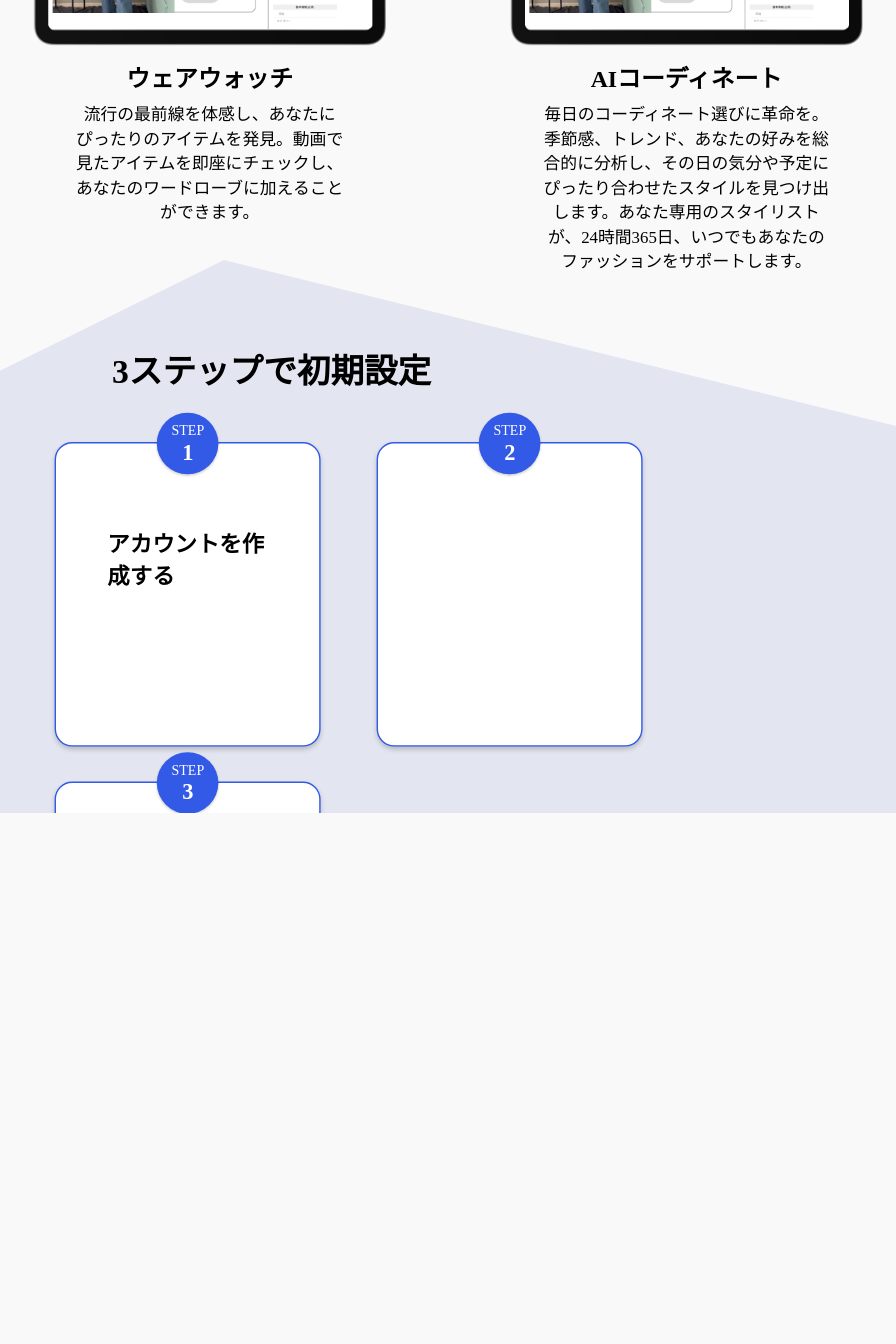
Repository: Yoshiki0418/yahoo.hack
Page: welcome.html
These files come from the project's save history. The page is drawn as it stood at one moment and after the next save; the edit follows.
The browser window is 1280 px wide. The pictures show the part of the page from y = 2801 to 4721 px (the page is 5407 px tall), at 70% of full size.

Above is the page before, as saved 2024-02-09 23:07:24.

### welcome.html
<!DOCTYPE html>
<html lang="ja">
<head>
    <meta charset="UTF-8">
    <meta name="viewport" content="width=device-width, initial-scale=1.0">
    <link rel="stylesheet" type="text/css" href="static/css/welcome.css">
    <title>Document</title>
</head>
<body>
    <hedaer>
        <nav>
            <div class="head_block">
                <li><a><img src="static/image/logo.png" class="logo_pic"></a></li>
                <div class="login-button">
                    <a href="/login">ログイン</a>
                </div>
             </div>
          </nav>
    </hedaer>
    <main>
        <!--スライドショー-->
        <div id="mainimg">
            <div class="slide" style="background-image: url('static/image/image 2.png');"></div>
            <div class="slide" style="background-image: url('static/image/slide_1.webp');"></div>
            <h1>Fashion <br>
                　　starts in the<br>
                　 Cloudrobe.</h1>
            <div class="sinup-button">
                <a href="/sinup">さっそくはじめる</a>
             </div>
        </div>
        <div class="fast_section">
            <p class="point_ja">つながりを紡ぎ、驚きを編む。<br>クリック一つで始まる物語</p>
            <p class="point_en">Weaving connections and weaving surprises.<br>
                A story that starts with a click</p>
            <div class="good_points">
            </div>
            <h2>全てのシチュエーションに完璧な一着</h2>
            <div class="situation_block">
                <div class="pair">
                    <img src="static/image/situation1.png" class="situation_pic">
                    <h4>デート</h4>
                </div>
                <div class="pair">
                    <img src="static/image/situation2.png" class="situation_pic">
                    <h4>ショッピング</h4>
                </div>
                <div class="pair">
                    <img src="static/image/situation3.png" class="situation_pic">
                    <h4>アウトドア</h4>
                </div>
            </div>
        </div>
        <div class="advertisement">
            <div class="block">
                <img src="static/image/adv.png" class="adv_pic">
                <div class="right_block">
                    <h2>  今話題の<br>
                        『骨格スタイル診断』を<br>
                          無料で体験！
                        </h2>
                        <button class="custom-button">あなたの商品をチェック</button>
                </div>
            </div>
        </div>
        <div class="info_section">
            <h2>Cloudrobeの特徴</h2>
            <div class="features">
                <div class="features_block1">
                    <img src="static/image/feature.png" class="feature_pic">
                    <h4>ウェアウォッチ</h4>
                    <p>流行の最前線を体感し、あなたに<br>
                        ぴったりのアイテムを発見。動画で<br>
                        見たアイテムを即座にチェックし、<br>
                        あなたのワードローブに加えること<br>ができます。</p>
                </div>
                <div class="features_block2">
                    <img src="static/image/feature.png" class="feature_pic">
                    <h4>AIコーディネート</h4>
                    <p>毎日のコーディネート選びに革命を。<br>
                        季節感、トレンド、あなたの好みを総<br>
                        合的に分析し、その日の気分や予定に<br>
                        ぴったり合わせたスタイルを見つけ出<br>
                        します。あなた専用のスタイリスト<br>
                        が、24時間365日、いつでもあなたの<br>
                        ファッションをサポートします。</p>
                </div>
            </div>
            <div class="shape">
                <h2>3ステップで初期設定</h2>
                <div class="step_block">
                    <div class="step-container">
                        <div class="step-circle">STEP<h4>1</h4></div>
                        <div class="step-box"></div>
                        <h4>アカウントを作成する</h4>
                    </div>
                    <div class="step-container">
                        <div class="step-circle">STEP<h4>2</h4></div>
                        <div class="step-box"></div>
                    </div>
                    <div class="step-container">
                        <div class="step-circle">STEP<h4>3</h4></div>
                        <div class="step-box"></div>
                    </div>
                </div>
            </div>

        </div>

    </main>
    <script src="script.js"></script>

</body>
</html>

### static/css/welcome.css
* {
    margin: 0;
    padding: 0;
    box-sizing: border-box;
}

/* ナビゲーションのスタイル設定 */
nav {
    width: 100%;
    background-color: #17191C;
    height: 62px;
    display: flex;
    z-index: 10; /* ナビゲーションのz-indexを設定 */
    position: relative; /* z-indexを効果的にするために必要 */
}

.logo_pic {
    margin-top: 5px;
    margin-left: 8px;
    height: 51px;
}

.head_block {
    width: 100%;
    display: flex;
    flex-wrap: wrap;
    position: relative;
}

.mainimg{
    width: 100vw;
    overflow: hidden; /* 横方向の内容がはみ出た場合に非表示にする */
    height: 100%;
}

/* ログインボタンのスタイル */
.login-button a {
    display: inline-block;
    background-color: #000; /* ボタンの背景色 */
    color: white;
    padding: 10px 20px;
    border: 2px solid #fff; /* ボタンの境界線 */
    border-radius: 20px; /* 角の丸み */
    text-decoration: none;
    font-weight: bold;
    z-index: 10; /* ボタンのz-indexを設定 */
}

.login-button a:hover {
    background-color: #555; /* ホバー時の背景色 */
}

.login-button {
    position: absolute;
    right: 10%;
    margin-top: 7px;
    z-index: 10; /* ボタンのz-indexを設定 */
}

#slideshow {
    position: relative;
    max-height: 790px; /* 最大高さを指定 */
    width: 100vw; /* 画面幅全体 */
    overflow-x: hidden; /* 横方向の内容がはみ出た場合に非表示にする */
    z-index: 1; /* スライドショーのz-indexを低く設定 */
}

.slide {
    position: absolute;
    width: 100%;
    height: 100%;
    background-size: cover;
    background-position: center;
    opacity: 0; /* 最初はすべてのスライドを非表示にする */
    transition: opacity 1s; /* 透明度の変化にトランジション効果を追加 */
    animation: zoomOut 10s infinite;
    margin-top: -62px;
}

#mainimg h1 {
    position: absolute;
    font-size: 70px;
    top: 75%;
    left: 15%;
    transform: translate(-50%, -50%);
    z-index: 2; /* スライド上のテキストを前面に表示 */
    color: white; /* テキストの色 */
    text-align: center; /* テキストを中央揃え */
    text-shadow: 2px 2px 4px rgba(4, 4, 4, 4);
}

@keyframes zoomOut {
    0%, 100% {
        transform: scale(1); /* 100%に保つ */
    }
    50% {
        transform: scale(1); /* 100%より大きくしない */
    }
}

.sinup-button a{
    display: inline-block;
    font-size: 20px;
    background-color: #00000000; /* ボタンの背景色 */
    color: white;
    padding: 10px 20px;
    border: 2px solid #fff; /* ボタンの境界線 */
    border-radius: 40px; /* 角の丸み */
    text-decoration: none;
    font-weight: bold;
    z-index: 10; /* ボタンのz-indexを設定 */
}

.sinup-button {
    position: absolute;
    right: 14%;
    top: 80%;
    z-index: 10; /* ボタンのz-indexを設定 */
}

.sinup-button a:hover {
    background-color: #ffffffa4; /* ホバー時の背景色 */
    color: #000;
}

.fast_section{
    width: 100%;
    height: 955px;
    background-color: #202131;
    display: flex;
    flex-wrap: wrap;
    position: relative;
    top: 770px; /* スライドショーとの間に隙間がないように微調整 */
    z-index: 2; /* スライドショーの上に表示 */
    padding-top: 5px; /* 必要に応じて調整 */
}

.point_ja{
    position: absolute;
    margin-top: 100px;
    color: #EEE6FF;
    right: 12%;
    z-index: 18;
    font-size: 32px;
}

.point_en{
    position: absolute;
    margin-top: 210px;
    color: #EEE6FF;
    right: 9%;
    z-index: 18;
    font-size: 15px;
}

.good_points{
    position: absolute;
    width: 94%;
    height: 640px;
    background-color: #E3E6F0;
    bottom: 0%;
    right: 0%;
    border-radius: 20px 0px 0px 0px; /* 角の丸み */
}

.fast_section h2{
    position: absolute;
    width: 700px;
    top: 400px;
    left: 50%;
    transform: translate(-50%, -50%);
    font-size: 40px;
}

.situation_block{
    display: flex;
    position: absolute;
    top: 655px;
    height: 330px;
    margin-right: 10%;
    left: 50%;
    transform: translate(-50%, -50%);
}

.situation_pic{
    width: 330px;
    height: 330px;
    margin-right: 45px;
    margin-left: 45px;
}

@media (max-width: 1070px) {
    .situation_pic {
        width: 200px; /* サイズを小さく調整 */
        height: 200px; /* サイズを小さく調整 */
        margin-right: 35px;
        margin-left: 35px;
    }
}

.pair {
    display: flex; /* フレックスコンテナとして設定 */
    flex-direction: column; /* 子要素を縦方向に並べる */
    align-items: center; /* 子要素を水平方向の中央に揃える */
    text-align: center; /* テキストを中央揃え */
}

.pair h4{
    margin-top: 20px;
    font-size: 26px;
}

.advertisement{
    position: relative;
    top: 770px;
    width: 100%;
    height: 537px;
    background-color: #C5D0F7;
}

.adv_pic{
    width: 440px;
    top: 140px;
    left: 17%;
}



.advertisement h2{
    font-size: 48px;
    top: 140px;
    color: #335AE7;
}

.block{
    position: absolute;
    display: flex;
    flex-wrap: wrap;
    height: 310px;
    left: 17%;
    top: 136px;
}

.custom-button {
    background-color: #335AE7; /* ボタンの背景色 */
    color: white; /* テキスト色 */
    padding: 10px 20px; /* パディング */
    border: none; /* 境界線なし */
    border-radius: 40px; /* 角の丸み */
    font-size: 24px; /* フォントサイズ */
    font-weight: bold; /* フォントの太さ */
    text-decoration: none; /* テキストの下線を消す */
    cursor: pointer; /* カーソルをポインターに */
    box-shadow: 0 4px 8px rgba(0, 0, 0, 0.2); /* 影を付ける */
    transition: background-color 0.3s, box-shadow 0.3s; /* 色と影のトランジションを設定 */
    width: 330px;
    height: 66px;
    margin-top: 50px;
}

.custom-button:hover {
    background-color: #5A7BD8; /* ホバー時の背景色 */
    box-shadow: 0 6px 12px rgba(0, 0, 0, 0.3); /* ホバー時の影を大きくする */
}

.custom-button:focus {
    outline: none; /* ボタンがフォーカスされたときのアウトラインを消す */
}

.right_block{
    margin-left: 125px;
}

.info_section{
    width: 100%;
    height: 3084px;
    top: 769px;
    position: relative;
    background-color: #F9F9F9;
}

.info_section h2{
    position: absolute;
    font-size: 48px;
    top: 70px;
    left: 115px;
}

.features_block1 {
    display: flex; /* Flexboxを有効化 */
    flex-direction: column; /* 子要素を縦方向に並べる */
    align-items: center; /* 子要素を水平方向の中央に揃える */
    text-align: center; /* テキストを中央揃え */
    margin-right: 178px;
}

.features{
    position: relative;
    top: 180px;
    display: flex;
    display: flex; /* Flexboxを有効化 */
    justify-content: center; /* 水平方向の中央に揃える */
    flex-wrap: wrap; /* コンテンツが多い場合は折り返し */
    text-align: center; /* テキストを中央揃え */
}

.feature_pic {
    /* 画像のスタイル設定があればここに追加 */
    /* 例: width: 100%; max-width: 560px; など */
}

.features_block1 h4 {
    /* h4のスタイル設定があればここに追加 */
    margin-top: 20px; /* 画像との間隔を設定 */
    font-size: 34px;
}

.features_block1 p {
    max-width: 560px; /* 最大横幅を560pxに設定 */
    margin-top: 10px; /* h4タグとの間隔を設定 */
    font-size: 24px;
}

.features_block2 {
    display: flex; /* Flexboxを有効化 */
    flex-direction: column; /* 子要素を縦方向に並べる */
    align-items: center; /* 子要素を水平方向の中央に揃える */
    text-align: center; /* テキストを中央揃え */
}

.features_block2 h4 {
    /* h4のスタイル設定があればここに追加 */
    margin-top: 20px; /* 画像との間隔を設定 */
    font-size: 34px;
}

.features_block2 p {
    max-width: 560px; /* 最大横幅を560pxに設定 */
    margin-top: 10px; /* h4タグとの間隔を設定 */
    font-size: 24px;
}


.shape {
    position: absolute;
    top: 850px;
    width: 100%;
    height: 790px; /* 必要な高さ */
    background-color: #E3E6F0; /* 背景色 */
    clip-path: polygon(0 100%, 100% 100%, 100% 30%, 25% 0, 0 20%);
}

.shape h2{
    top: 120px;
    left: 160px;
    position: absolute;
}

.step-container {
    position: relative; /* 子要素の絶対位置の基準にする */
    padding-top: 50px; /* 円の半分のスペースを確保 */
  }

  .step-circle {
    position: absolute;
    top: 8px; /* 円の半分の高さだけ上に移動 */
    left: 50%;
    transform: translateX(-50%); /* 円を中央に配置 */
    width: 88px; /* 円の幅 */
    height: 88px; /* 円の高さ */
    background-color: #335AE7;
    color: white;
    border-radius: 50%; /* 円形にする */
    text-align: center;
    line-height: 50px; /* テキストを垂直中央に配置 */
    font-size: 20px; /* テキストのサイズ調整 */
    box-shadow: 0 2px 4px rgba(0, 0, 0, 0.2); /* 影をつける */
  }

  .step-box {
    width: 380px; /* 枠の幅 */
    height: 435px; /* 枠の高さ */
    background-color: #ffffff; /* 背景色 */
    border-radius: 25px; /* 角の丸み */
    border: 2px solid #335AE7; /* 枠線の色 */
    box-shadow: 0 4px 8px rgba(0, 0, 0, 0.2); /* 影をつける */
    margin-right: 40px;
    margin-left: 40px;
  }

.step_block{
    position: absolute;
    top: 210px;
    display: flex;
    flex-wrap: wrap;
    left: 3%;
}

.step-container h4{
    font-size: 32px;
    position: absolute;
    left: 50%;
    top: 35%;
    transform: translateX(-50%); /* 円を中央に配置 */
}






































@media (max-width: 1240px) {
    .situation_pic {
        width: 250px; /* サイズを小さく調整 */
        height: 250px; /* サイズを小さく調整 */
        margin-right: 40px;
        margin-left: 40px;
    }

    .advertisement h2 {
        font-size: 38px;
        top: 140px;
        color: #335AE7;
    }

    .custom-button {
        /* 必要に応じてサイズ調整 */
        width: 300px;
        height: 60px;
        font-size: 20px; /* フォントサイズ */
    }

    .block {
        /* フレックスコンテナのスタイリング */
        position: absolute;
        display: flex;
        flex-wrap: wrap;
        height: 310px;
        left: 12%;
        top: 136px;
    }

    .right_block {
        margin-left: 80px;
    }
}

### script.js
let slides = document.querySelectorAll('.slide');
let currentSlide = 0;

function changeSlide() {
  // すべてのスライドを非表示にする
  for (let slide of slides) {
    slide.style.opacity = 0;
  }

  // 現在のスライドを表示する
  slides[currentSlide].style.opacity = 1;

  // 次のスライドに移動、もし最後なら最初に戻る
  currentSlide = (currentSlide + 1) % slides.length;
}

// 最初のスライドを表示
changeSlide();

// 5秒ごとにスライドを切り替える
setInterval(changeSlide, 5000);

After the next save:
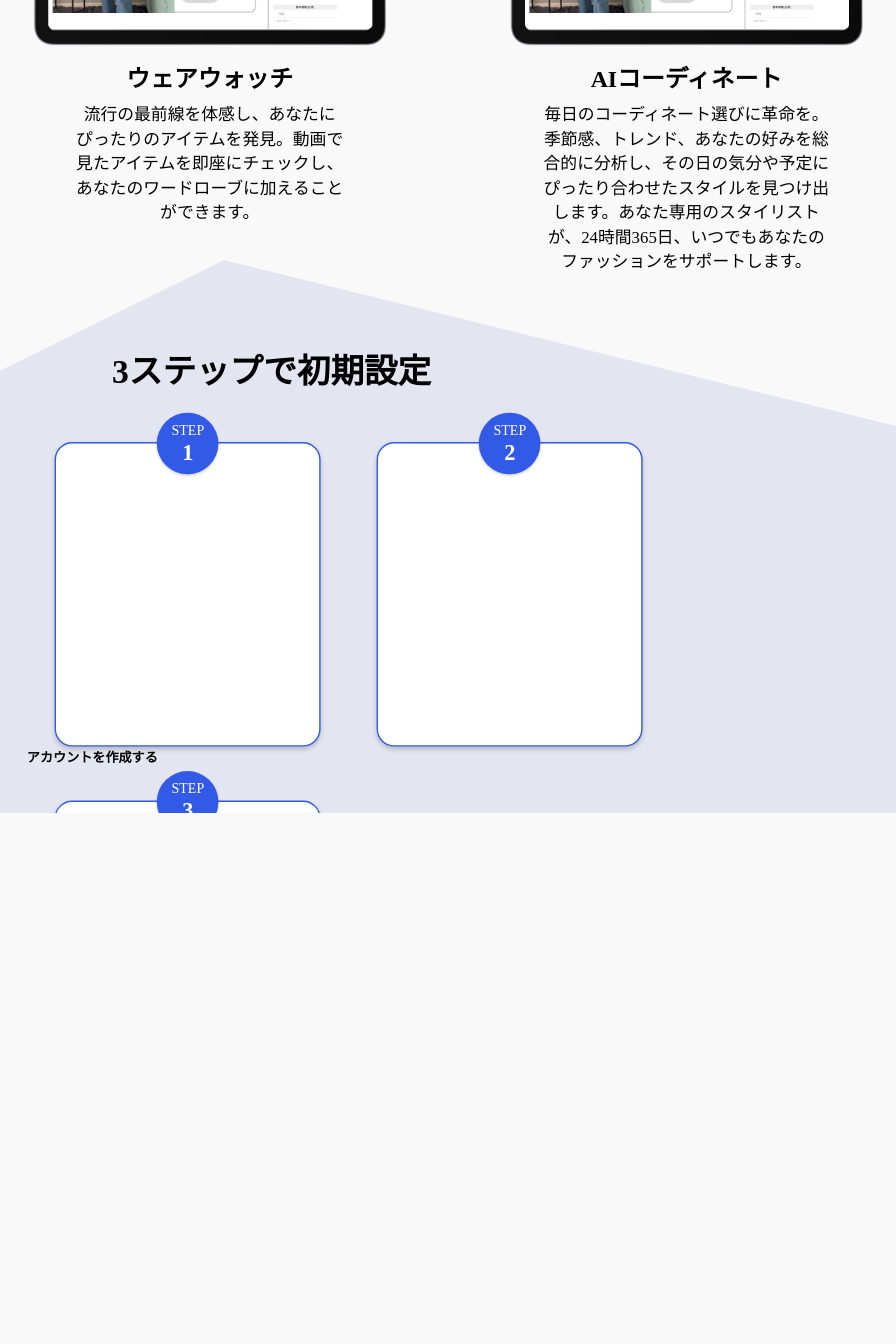
Saved 27 s later.
--- a/welcome.html
+++ b/welcome.html
@@ -92,7 +92,7 @@
                     <div class="step-container">
                         <div class="step-circle">STEP<h4>1</h4></div>
                         <div class="step-box"></div>
-                        <h4>アカウントを作成する</h4>
+                        <h3>アカウントを作成する</h3>
                     </div>
                     <div class="step-container">
                         <div class="step-circle">STEP<h4>2</h4></div>
